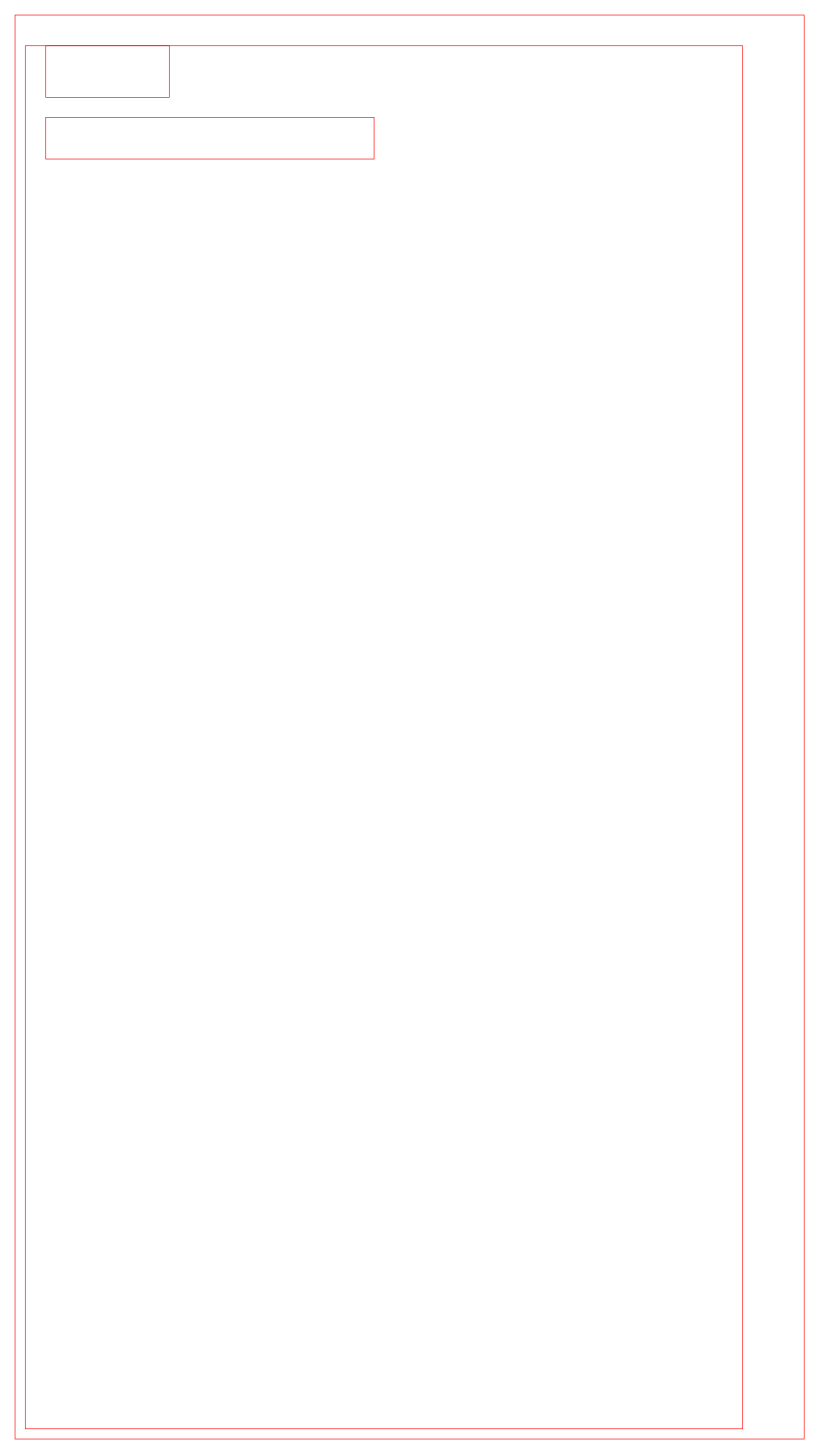
Repository: JacobSkilling-dot/Project1-Blog
Page: Week3-Blog.html
These files come from the project's save history. The page is drawn as it stood at one moment and after the next save; the edit follows.
The browser window is 1280 px wide. The pictures show the whole page, at 64% of full size.

Above is the page before, as saved 2023-01-16 20:00:02.

After the next save:
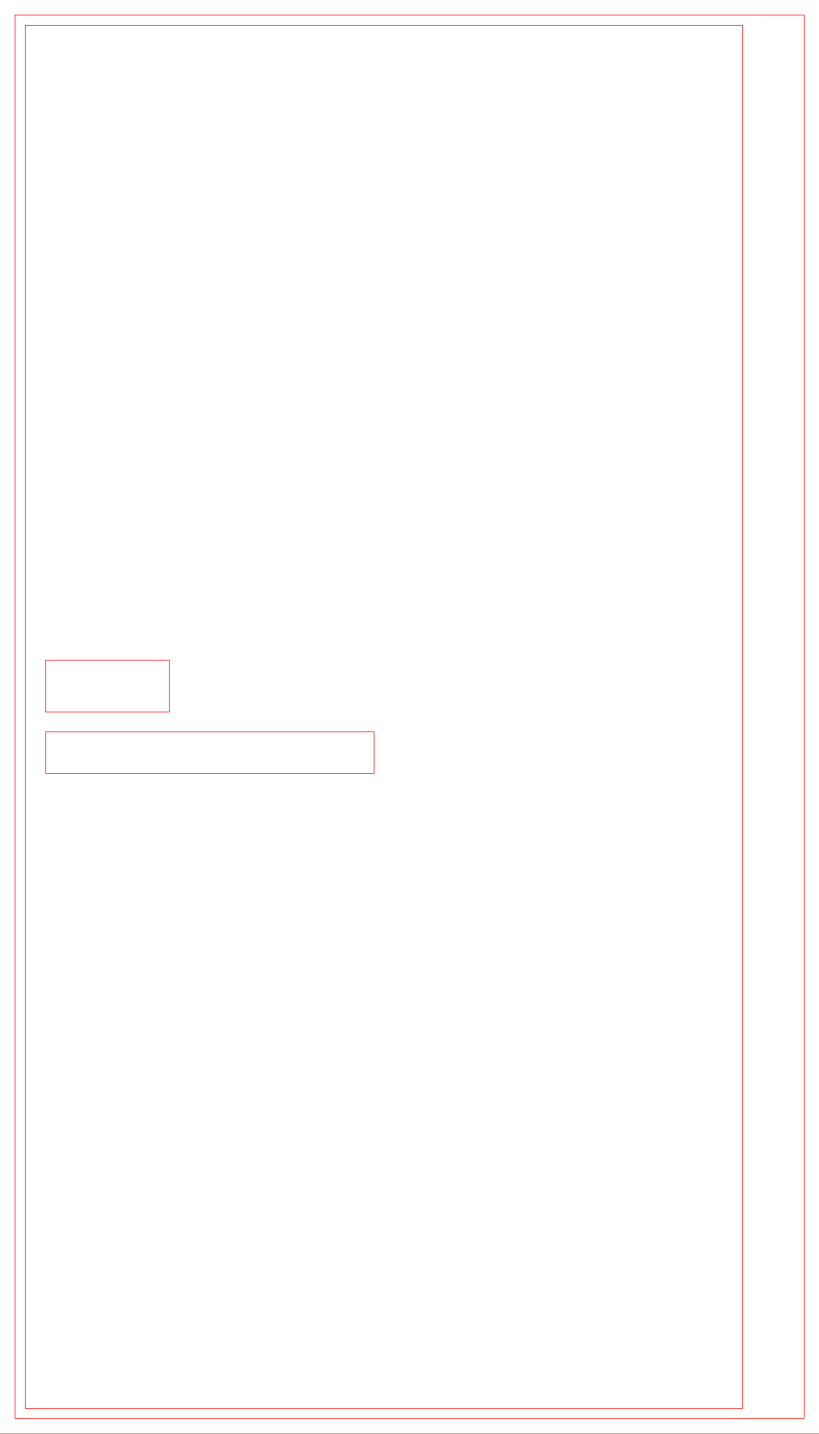
Saved 21 s later.
--- a/Week3-Blog.html
+++ b/Week3-Blog.html
@@ -17,6 +17,8 @@
                 padding: 0;
                 width: 70rem;
                 height: 300vh;
+                align-content: center;
+                align-items: center;
 
             }
 

After the save that followed:
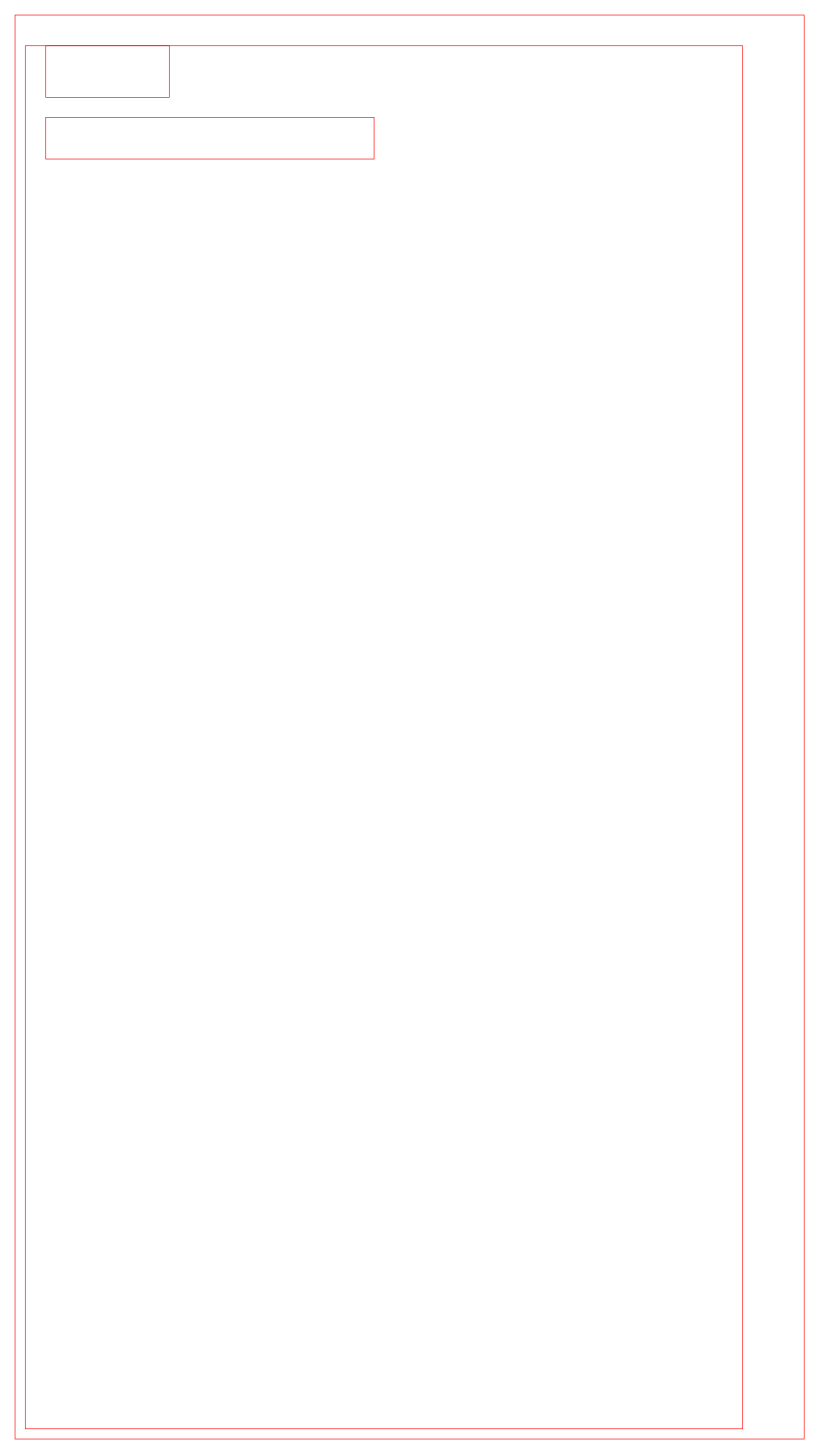
Saved 12 s later.
--- a/Week3-Blog.html
+++ b/Week3-Blog.html
@@ -17,8 +17,7 @@
                 padding: 0;
                 width: 70rem;
                 height: 300vh;
-                align-content: center;
-                align-items: center;
+                justify-content: center;
 
             }
 
